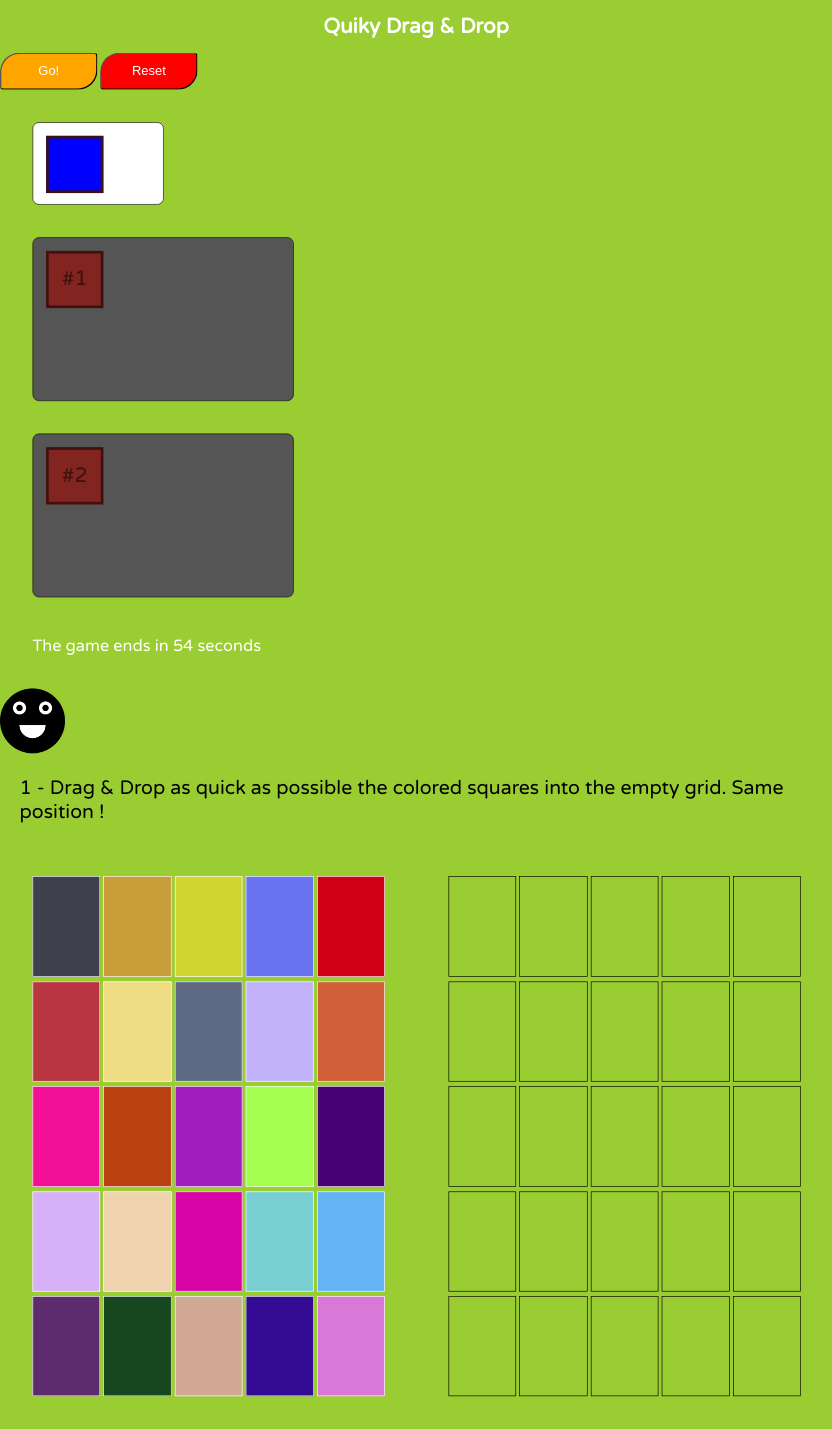
Repository: Siehan/Quiky-drag-and-drop
Page: index.html
These files come from the project's save history. The page is drawn as it stood at one moment and after a run of saves; the edit follows.
The browser window is 1280 px wide. The pictures show the whole page, at 65% of full size.

Above is the page before, as saved 2020-01-22 12:12:56.

### index.html
<!DOCTYPE html>
<html lang="en">

<head>
  <meta charset="UTF-8">
  <meta name="viewport" content="width=device-width, initial-scale=1.0">
  <meta http-equiv="X-UA-Compatible" content="ie=edge">
  <link rel="stylesheet" type="text/css" href="style.css">
  <script type="module" src="grid.js"></script>
  <script type="text/javascript"></script>
  <title>Document</title>
</head>

<body>
  <header>
    <h1>Quiky Drag & Drop</h1>
    <button id="button-go">Go!</button>
    <button id="button-reset">Reset</button>
  </header>

<div class="dropper2">
  <div class="draggable2" draggable="true"></div>
</div>


<div class="dropper">
  <div class="draggable">#1</div>
</div>
<div class="dropper">
  <div class="draggable">#2</div>
</div>







  <div id="time"></div>
  <img class="black-face" src="images/1297390581.png" alt="black face">
  <p>1 - Drag & Drop as quick as possible the colored squares into the empty grid. Same position !</p>
  <div id="container">
    <div class="container-one">
    </div>
    <div class="container-two">
    </div>
  </div>

</body>

</html>

### style.css
@import url("https://fonts.googleapis.com/css?family=Varela+Round&display=swap");

body, html {
  font-family: 'Varela Round', sans-serif;
  background: yellowgreen;
  color: white;
  margin: 0 auto;
  padding: 0;
}

#button-go {
  width: 150px;
  color: white;
  font-size: 20px;
  background-color: orange;
  padding: 15px;
  border-radius: 30px 5px;
}

#button-reset {
  width: 150px;
  color: white;
  font-size: 20px;
  background-color: red;
  padding: 15px;
  border-radius: 30px 5px;
}

h1 {
  color: white;
  text-align: center;
  border-style: 1px black;
}

p {
  padding: 30px;
  margin: auto;
  font-family: 'Varela Round', sans-serif;
  font-size: 30px;
  color: black;
}

.black-face {
  width: 100px;
}

#container {
  display: flex;
}

.container-one {
  display: grid;
  padding: 50px;
  grid-template-columns: repeat(5,1fr);
  grid-template-rows: repeat(5,1fr);
  width: 800px;
  height: 800px;
  grid-gap: 7px;
}

.container-two {
  display: grid;
  padding: 50px;
  grid-template-columns: repeat(5,1fr);
  grid-template-rows: repeat(5,1fr);
  width: 800px;
  height: 800px;
  grid-gap: 7px;
}

.container-one div {
  border: 1.5px solid white;
  width: 100%;
}

.container-two div {
  border: 1.5px solid black;
  width: 100%;
}

#time {
  padding: 50px;
  margin: auto;
  color: white;
  font-size: 25px;
}

.dropper {
    margin: 50px 10px 10px 50px;
    width: 400px;
    height: 250px;
    background-color: #555;
    border: 1px solid #111;

    border-radius: 10px;
    transition: all 200ms linear;
}

.drop_hover {
    box-shadow: 0 0 30px rgba(0, 0, 0, 0.8) inset;
}

.draggable {
    display: inline-block;
    margin: 20px 10px 10px 20px;
    padding-top: 20px;
    width: 80px;
    height: 60px;
    color: #3D110F;
    background-color: #822520;
    border: 4px solid #3D110F;
    text-align: center;
    font-size: 2em;
    cursor: move;

    transition: all 200ms linear;
    user-select: none;
}

.dropper2 {
    margin: 50px 10px 10px 50px;
    width: 200px;
    height: 125px;
    background-color: white;
    border: 1px solid #111;

    border-radius: 10px;
    transition: all 200ms linear;
}

.drop_hover2 {
    box-shadow: 0 0 30px rgba(0, 0, 0, 0.8) inset;
}

.draggable2 {
    display: inline-block;
    margin: 20px 10px 10px 20px;
    padding-top: 20px;
    width: 80px;
    height: 60px;
    color: #3D110F;
    background-color: blue;
    border: 4px solid #3D110F;
    text-align: center;
    font-size: 2em;
    cursor: move;

    transition: all 200ms linear;
    user-select: none;
}

### grid.js
function selectGeometricForms() {
    const btn = document.getElementById("button-go");
    const btnReset = document.getElementById("button-reset");
}

function setBlockColor() {
    const cases = document.querySelectorAll(".container-one div");
    cases.forEach(
        c =>
            c.style.background = getRandomColor())
}

function getRandomColor() {
    var letters = '0123456789ABCDEF';
    var color = '#';
    for (var i = 0; i < 6; i++) {
        color += letters[Math.floor(Math.random() * 16)];
    }
    return color;
}



function hourglass(id, cpt, lim, prev, next, callback) {
    (function f() {
        var el = document.getElementById(id);
        el.innerHTML = prev + cpt + next;
        if (cpt > lim) {
            cpt--;
            setTimeout(f, 999);
        } else if (callback) {
            callback();
        }
    })();
}

window.onload = function () {
    hourglass('time', 59, 0, 'The game ends in ', ' seconds', function () {
        alert("Game over !");
    });
};

for (let i = 0; i <= 24; i++) {
    var containerOne = document.querySelector(".container-one");
    var newDiv = document.createElement("div");
    newDiv.className = ("caseOne-" + i + " caseTableau1")
    containerOne.appendChild(newDiv);
    console.log(containerOne);
}

for (let i = 0; i <= 24; i++) {
    var containerTwo = document.querySelector(".container-two");
    var newDiv2 = document.createElement("div");
    newDiv2.className = ("caseTwo-" + i + " caseTableau2")
    containerTwo.appendChild(newDiv2);
    console.log(containerTwo);
}

setBlockColor()

After the next 6 saves:
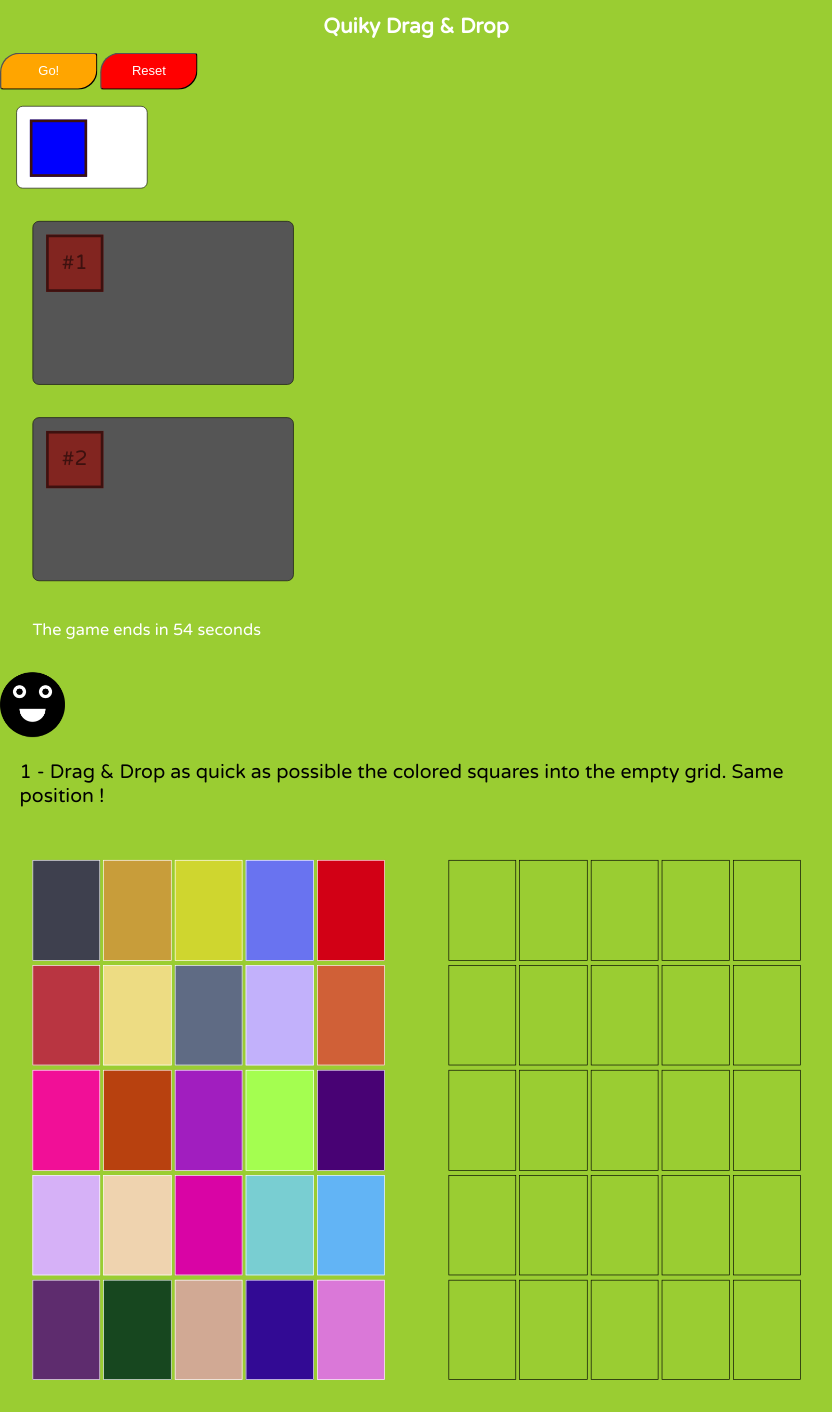
The 6 saves are shown as one change because they came seconds apart.
The last was saved 13 s later.
--- a/style.css
+++ b/style.css
@@ -118,7 +118,7 @@ p {
 }
 
 .dropper2 {
-    margin: 50px 10px 10px 50px;
+    margin: 25px 5px 5px 25px;
     width: 200px;
     height: 125px;
     background-color: white;
